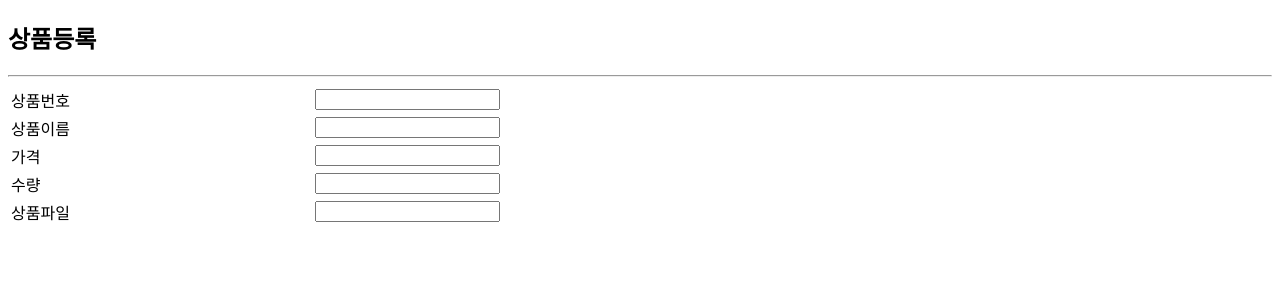
Repository: kimwoongasd/JSPAndServlet
Page: http://localhost/day1226/insertGoods.jsp
An editor plug-in stored every save of this project. The page is shown before and after the next save, followed by the edit.
The browser window is 1280 px wide. The pictures show the whole page.
The page is served by Tomcat 9. Other server files are loaded and not shown.

Above is the page before, as saved 2023-12-26 03:47:32.

### day1226/src/main/webapp/insertGoods.jsp
<%@ page language="java" contentType="text/html; charset=UTF-8"
    pageEncoding="UTF-8"%>
<!DOCTYPE html>
<html>
<head>
<meta charset="UTF-8">
<title>Insert title here</title>
</head>
<body>
	<h2>상품등록</h2>
	<hr>
	<form action="insetGoodsOK.jsp" method="post">
		<table width="80%">
			<tr>
				<td width="30%">상품번호</td>
				<td width="70%">
					<input type="text" name="no" required="required">
				</td>
			</tr>
			<tr>
				<td>상품이름</td>
				<td>
					<input type="text" name="name" required="required">
				</td>
			</tr>

			<tr>
				<td>가격</td>
				<td>
					<input type="text" name="price" required="required">
				</td>
			</tr>

			<tr>
				<td>수량</td>
				<td>
					<input type="text" name="qty" required="required">
				</td>
			</tr>

			<tr>
				<td>상품파일</td>
				<td>
					<input type="text" name="fname" required="required">
				</td>
			</tr>
		</table>
	</form>
</body>
</html>

After the next save:
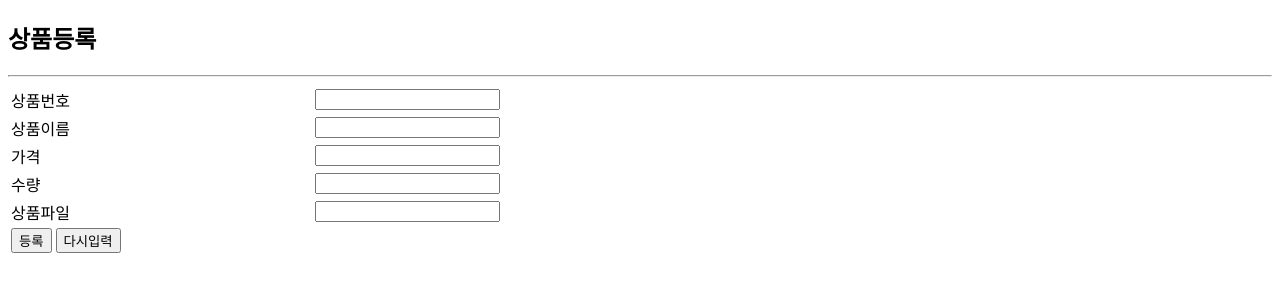
Saved 72 s later.
--- a/day1226/src/main/webapp/insertGoods.jsp
+++ b/day1226/src/main/webapp/insertGoods.jsp
@@ -44,6 +44,13 @@
 					<input type="text" name="fname" required="required">
 				</td>
 			</tr>
+
+			<tr>
+				<td colspan="2">
+					<input type="submit" value="등록">
+					<input type="reset" value="다시입력">
+				</td>
+			</tr>
 		</table>
 	</form>
 </body>
